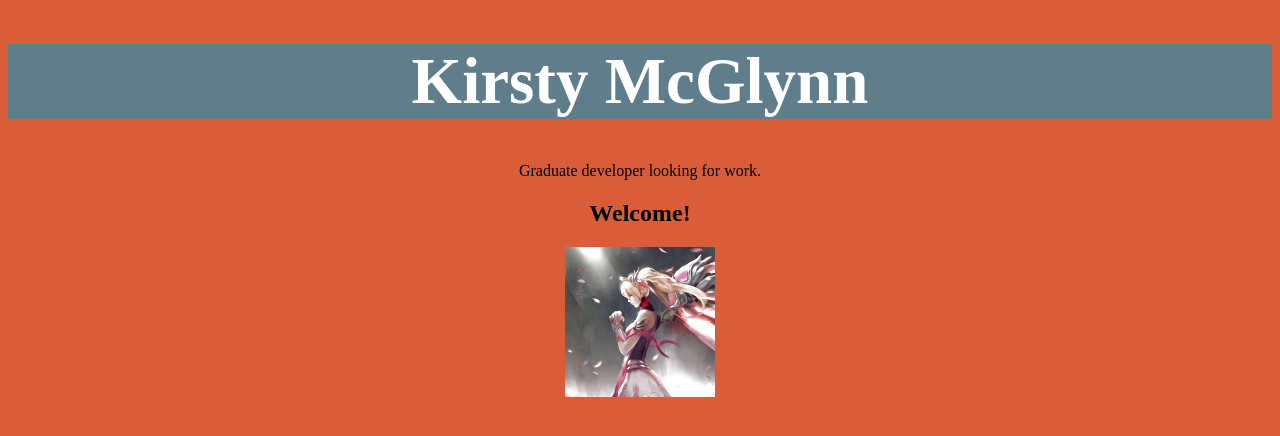
Repository: KLM94/newportfolio
Page: index.html
An editor plug-in stored every save of this project. The page is shown before and after the next save, followed by the edit.
The browser window is 1280 px wide. The pictures show the whole page.

Above is the page before, as saved 2020-10-23 16:26:16.

After the next save:
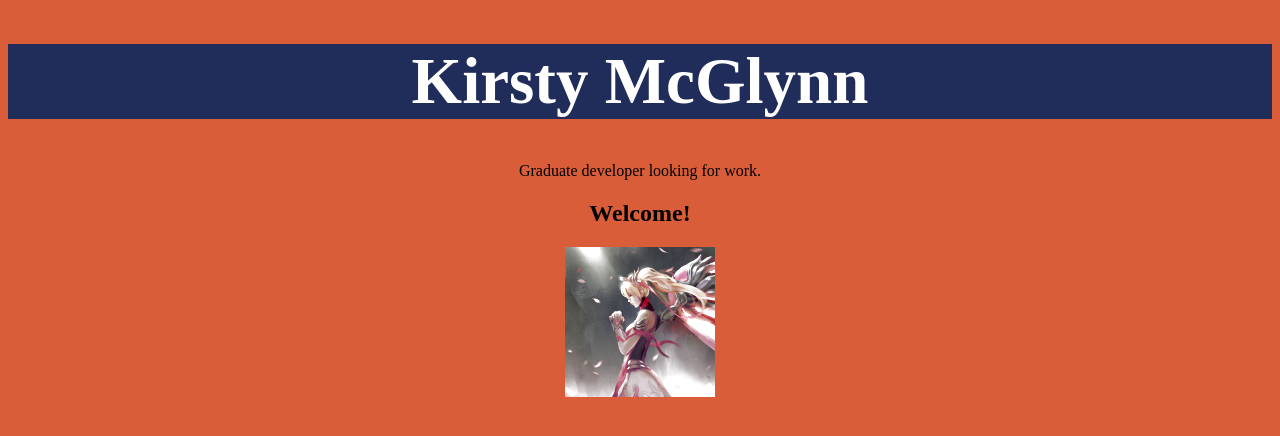
Saved 48 s later.
--- a/main.css
+++ b/main.css
@@ -8,7 +8,7 @@
 }
 
 #title {
-  background-color: #607d8b;
+  background-color: #202c59;
   color: #ffffff;
   font-size: 65px;
 }
